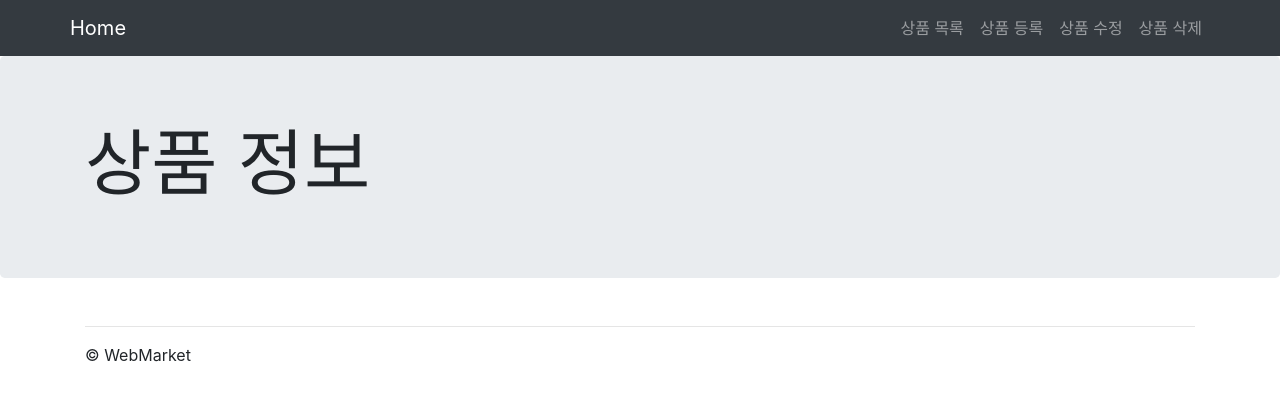
Repository: lhj257/jspwrokspace
Page: http://localhost/WebMarket/product.jsp?id=P1234
An editor plug-in stored every save of this project. The page is shown before and after the next save, followed by the edit.
The browser window is 1280 px wide. The pictures show the whole page.
The page is served by Tomcat 9. Queries for data that is not in the repository find no rows.

Above is the page before, as saved 2023-09-01 06:25:50.

After the next save:
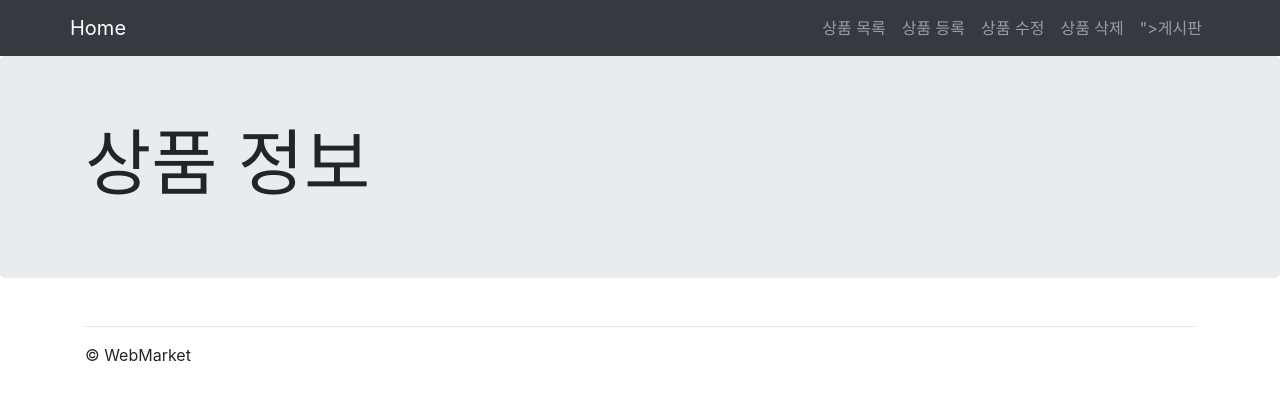
Saved 60 min 52 s later.
--- a/WebMarket/src/main/webapp/menu.jsp
+++ b/WebMarket/src/main/webapp/menu.jsp
@@ -11,6 +11,7 @@
 				<li class="nav-item"><a class="nav-link" href="./addProduct.jsp">상품 등록</a></li>
 				<li class="nav-item"><a class="nav-link" href="./editProduct.jsp?edit=update">상품 수정</a></li>
 				<li class="nav-item"><a class="nav-link" href="./editProduct.jsp?edit=delete">상품 삭제</a></li>
+				<li class="nav-item"><a class="nav-link" href="<c:url vlaue="/BoardListAction.do?pageNum=1/>">게시판</a></li>
 			</ul>
 		</div>
 
